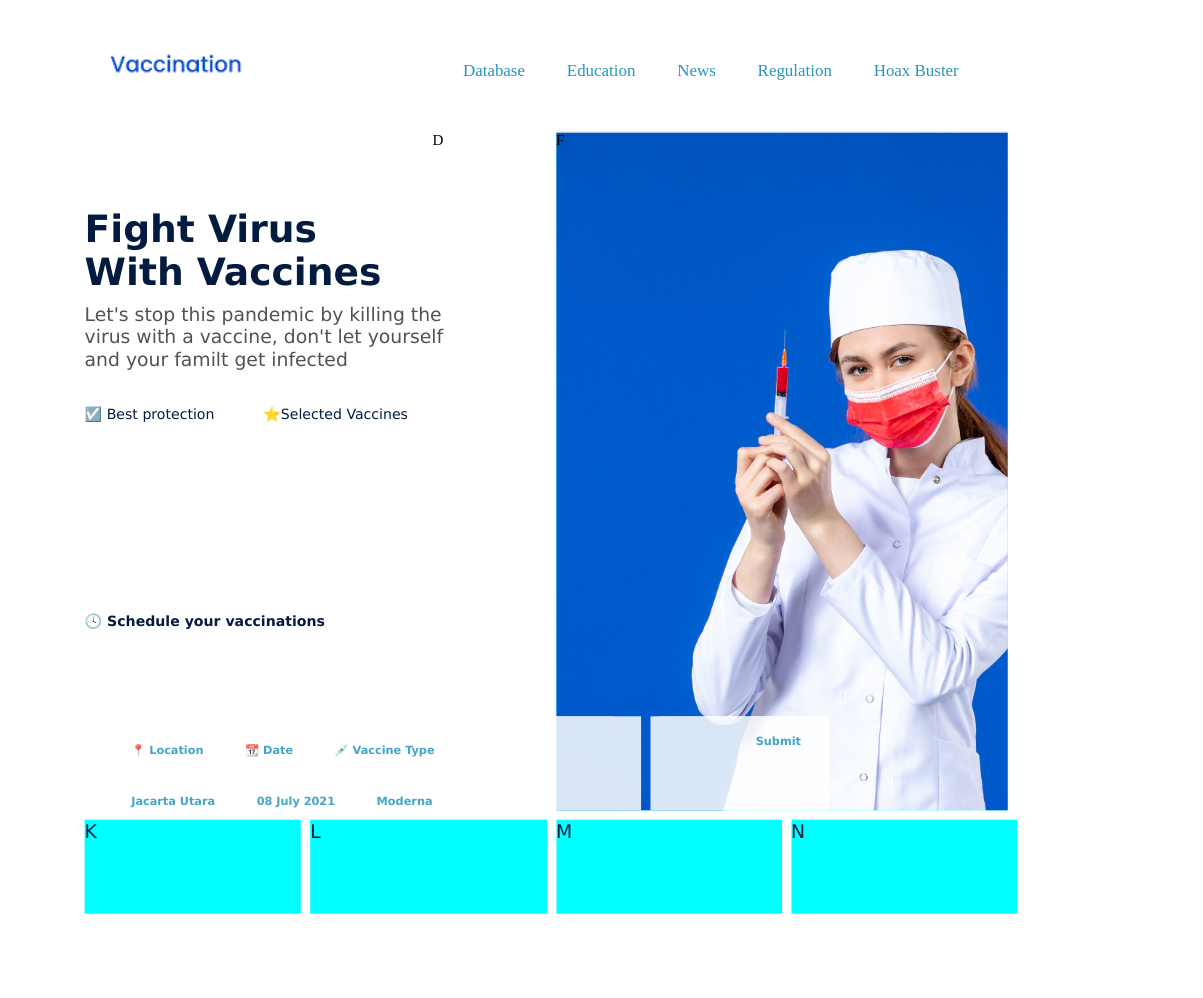
Repository: roge64/cssfrontend
Page: index.html
The author's editor kept a copy of each file at every save. The page is drawn from the files as they stood at one save, then again after the next save.
The browser window is 1280 px wide. The pictures show the part of the page from y = 0 to 1062 px (the page is 2378 px tall), at 94% of full size.
A picture or video elsewhere on the page could not be fetched, so the positions and the page height are approximate.

Above is the page before, as saved 2022-03-10 20:26:30.

### index.html
<!DOCTYPE html>
<html lang="en">

<head>
    <meta charset="UTF-8">
    <meta http-equiv="X-UA-Compatible" content="IE=edge">
    <meta name="viewport" content="width=device-width, initial-scale=1.0">
    <title>3 Cakes</title>
    <link rel="stylesheet" href="estilos/estilos.css">


</head>

<body>

    <section id="container">

        <header>
            <!--             <p style="color:#b49760"> Only 3 cakes for 3 months, and then we change all! </p> -->

        </header>

    <section id="banner">

        <article id="banner1">

        </article>

        <article id="banner2">
            <ul class="menu">
                <li><a href="#home"></a>Database</li>
                <li><a href="#cakes"></a>Education</li>
                <li><a href="#decor"></a>News</li>
                <li><a href="#order"></a>Regulation</li>
                <li><a href="#admin"></a>Hoax Buster</li>
                <!-- <li><a href="#void"></a>   </li> -->
            </ul>
        </article>

    </section>


<!--     <section id="tienda">
        <article id="cake1"> </article>
        <article id="cake2"> </article>
        <div class="wrapper">
            <div class="box e">E</div>
            <div class="box f">F</div>
            <div class="box g">G</div>
            <div class="box h">H</div>
        </div>
    </section> -->

    <div class="wrapper">
        <div class="box d">D</div>
        <div class="box e" style="color:#041b40">Fight Virus With Vaccines</div>
        <div class="box f">F</div>
        <div class="box g" style="color:#515254"> Let's stop this pandemic by killing the virus with a vaccine, don't let yourself and your familt get infected</div>
        <div class="box h" style="color:#041b40">☑️ Best protection</div>
        <div class="box i" style="color:#041b40"> ⭐Selected Vaccines</div>
        <div class="box j" style="color:#041b40"> 🕓 Schedule your vaccinations</div>
        <div class="box k" style="color:#041b40"> K</div>
        <div class="box l" style="color:#041b40"> L</div>
        <div class="box m" style="color:#041b40"> M</div>
        <div class="box n" style="color:#041b40"> N</div>

        <article id="banner3">
            <ul class="menu">
                <li><a href="#home"></a>📍 Location</li>
                <li><a href="#cakes"></a>📆 Date</li>
                <li><a href="#decor"></a>💉 Vaccine Type</li>
                <li><a href="#decor"></a></li>
                <li><a href="#home"></a>Jacarta Utara</li>
                <li><a href="#cakes"></a>08 July 2021</li>
                <li><a href="#decor"></a>Moderna</li>
            </ul>
        </article>
        <article id="banner4">
            <ul class="menu">
                <li><a href="#home"></a>Submit</li>
            </ul>
        </article>
    </div>
<!--
    <section id="names">
        <article id="name1">
            <p style="color:#b49760"> Blueberry Moka</p>
            <p style="color: bisque"> $35.00</p>
        </article>
        <article id="name2">
            <p style="color:#b49760"> Coconut Paradise</p>
            <p style="color: bisque"> $32.75</p>
        </article>
        <article id="name3">
            <p style="color:#b49760"> Maple Pecan</p>
            <p style="color: bisque"> $35.00</p>
        </article>
    </section> -->

    <section id="separador">


    </section>

    <section id="social">
        <article id="social1">
            <a href="#"><img src="img/instagram.png" alt="instagram"></a>
            <a href="#"><img src="img/facebook.png" alt="facebook"></a>
            <a href="#"><img src="img/youtube.png" alt="youtube"></a>
            <a href="#"><img src="img/twitter.png" alt="twitter"></a>
        </article>

        <article id="social2">
            <div id="lte_icons-2" class="widget widget_lte_icons">
                <h3 class="lte-header-widget " style="color:bisque"><span class="widget-icon"></span>Contact us
                </h3>
                <ul class="lte-social-icons-list">
                    <li>
                        <a href="#"><span class="lte-ic icon icon-phone-call"></span><span class="lte-header"
                                style="color:bisque">Phone:</span><span class="lte-txt" style="color:#b49760">+52
                                01-2345-6789<br> </span>
                        </a>
                    </li>
                    <li>
                        <a href="#"><span class="lte-ic icon icon-location"></span><span class="lte-header"
                                style="color:bisque">Our location:</span><span class="lte-txt" style="color:#b49760">975
                                FrontEnd Ave, NA 105048, Unknown</span>
                        </a>
                    </li>
                    <li>
                        <a href="#"><span class="lte-ic icon icon-mail"></span><span class="lte-header"
                                style="color:bisque">Email:</span><span class="lte-txt"
                                style="color:#b49760">3cakes@3cakes.com</span>
                        </a>
                    </li>
                    <li>
                        <a href="#">
                            <span class="lte-ic icon icon-mail"></span>
                            <span class="lte-header" style="color:bisque">Hours:</span>
                            <span class="lte-txt" style="color:#b49760">Monday - Friday: 10:00 - 20:00</span>
                            <br>
                            <span class="lte-txt" style="color:#b49760">Saturday -Sunday: 10:00 - 14:00</span>
                        </a>
                    </li>
                </ul>
            </div>

        </article>
    </section>


    <footer>
        <p style="color:#b49760"> Copyright &copy; 2021-<script>
                document.write(new Date().getFullYear())
            </script> Rogelio Valdés All Rights Reserved</p>
        <article id="footer1"></article>
    </footer>

    </section>

</body>

</html>

### estilos/estilos.css
*{
    border: 0 ;
    margin: 0 ;
    padding: 0;
/*     text-decoration: none; */
}

body{
/*     font-family: Geneva; */
    background-color: rgb(0, 0, 0);
    width:1100px;
    margin-left:auto;
    margin-right:auto;

    background-color:white;
/* background-image:
radial-gradient(circle at 100% 150%, black 24%, #101010 24%, #101010 28%, black 28%, black 36%, #101010 36%, #101010 40%, transparent 40%, transparent),
radial-gradient(circle at 0    150%, black 24%, #101010 24%, #101010 28%, black 28%, black 35%, #101010 36%, #101010 40%, transparent 40%, transparent),
radial-gradient(circle at 50%  100%, #101010 10%, black 10%, black 23%, #101010 23%, #101010 30%, black 30%, black 43%, #101010 43%, #101010 50%, black 50%, black 63%, #101010 63%, #101010 71%, transparent 71%, transparent),
radial-gradient(circle at 100% 50%, #101010 5%, black 5%, black 15%, #101010 15%, #101010 20%, black 20%, black 29%, #101010 29%, #101010 34%, black 34%, black 44%, #101010 44%, #101010 49%, transparent 49%, transparent),
radial-gradient(circle at 0    50%, #101010 5%, black 5%, black 15%, #101010 15%, #101010 20%, black 20%, black 29%, #101010 29%, #101010 34%, black 34%, black 44%, #101010 44%, #101010 48%, transparent 49%, transparent);
background-size: 50px 31px;
 */
}

.menu{
    list-style: none;
    padding: 0;
    background: white;
    width: 90%;
    height: 75px;
    max-width: 900px;
    margin: auto;
}

.menu li{
    text-decoration: none;
    color: #2596be;
    padding: 20px;
    display: block;
}

.menu li{
    display: inline-block;
    text-align: right;
}

.menu li:hover{
    background: #2747c5;
}


#container, header, #banner, #noticias, #marcas, footer, #social1{
    /* background-color:rgb(255, 255, 255); */
    background-color:white;
/* background-image:
radial-gradient(circle at 100% 150%, black 24%, #101010 24%, #101010 28%, black 28%, black 36%, #101010 36%, #101010 40%, transparent 40%, transparent),
radial-gradient(circle at 0    150%, black 24%, #101010 24%, #101010 28%, black 28%, black 35%, #101010 36%, #101010 40%, transparent 40%, transparent),
radial-gradient(circle at 50%  100%, #101010 10%, black 10%, black 23%, #101010 23%, #101010 30%, black 30%, black 43%, #101010 43%, #101010 50%, black 50%, black 63%, #101010 63%, #101010 71%, transparent 71%, transparent),
radial-gradient(circle at 100% 50%, #101010 5%, black 5%, black 15%, #101010 15%, #101010 20%, black 20%, black 29%, #101010 29%, #101010 34%, black 34%, black 44%, #101010 44%, #101010 49%, transparent 49%, transparent),
radial-gradient(circle at 0    50%, #101010 5%, black 5%, black 15%, #101010 15%, #101010 20%, black 20%, black 29%, #101010 29%, #101010 34%, black 34%, black 44%, #101010 44%, #101010 48%, transparent 49%, transparent);
background-size: 50px 31px;
 */
    height: 1500px;
    width: 1100px;

}

header{
/*     background-color:antiquewhite;
 */
    height: 40px;
    text-align: center;
    font-size: x-large;

}

#banner{
    background-color:white;
/*     background-color:rgb(25, 25, 25); */
    width: 1100px;
    height: 100px;


}


#noticias{
/*     background-color: antiquewhite;
 */
    height: 200px;
}

#tienda #names{
/*     background-color: grey; */
/* background-color:black;
background-image:
radial-gradient(circle at 100% 150%, black 24%, #101010 24%, #101010 28%, black 28%, black 36%, #101010 36%, #101010 40%, transparent 40%, transparent),
radial-gradient(circle at 0    150%, black 24%, #101010 24%, #101010 28%, black 28%, black 35%, #101010 36%, #101010 40%, transparent 40%, transparent),
radial-gradient(circle at 50%  100%, #101010 10%, black 10%, black 23%, #101010 23%, #101010 30%, black 30%, black 43%, #101010 43%, #101010 50%, black 50%, black 63%, #101010 63%, #101010 71%, transparent 71%, transparent),
radial-gradient(circle at 100% 50%, #101010 5%, black 5%, black 15%, #101010 15%, #101010 20%, black 20%, black 29%, #101010 29%, #101010 34%, black 34%, black 44%, #101010 44%, #101010 49%, transparent 49%, transparent),
radial-gradient(circle at 0    50%, #101010 5%, black 5%, black 15%, #101010 15%, #101010 20%, black 20%, black 29%, #101010 29%, #101010 34%, black 34%, black 44%, #101010 44%, #101010 48%, transparent 49%, transparent);
background-size: 50px 31px; */

    height: 300px;
    width: 1000px;
    padding-left: 10px;
    padding-right: 10px;
    padding-top: 5px;
    text-align: center;
}

#marcas{
/*     background-color:rgb(58, 41, 18); */
    height: 205px;
}


footer{
    width: 800px;
/*     background-color:rgb(0, 0, 0); */
    text-align: center;
    height: 25px;
    padding-top: 7px;

}


#banner #banner1{
/*     background-color: rgb(180, 134, 73); */
    width: 170px;
    height: 50px;
    float: left;
    text-align: center;
/*     display: inline-block; */
    margin: 5px 5px;
    background-image: url("../img/logo1.png");
    background-repeat: no-repeat;
    background-size: cover;
}

#banner #banner2{
/*     background-color: rgb(180, 134, 73); */
    width: 750px;
    height: 100px;
    float: right;
/*     display: inline-block; */
    /* vertical-align: center;  */
    margin: 5px 5px;
    font-size: 18px;
}

#noticias #news1{
/*     background-color: rgb(41, 38, 34); */
    font-size: 50px;

    text-align: center;
    width: 790px;
    height: 200px;
    display: inline-block;
    vertical-align: center;
    margin: 5px 5px;

}


#tienda #cake1{
    background: rgb(109, 175, 33);
    width: 480px;
    height: 485px;
    display: inline-block;
    vertical-align: top;
    margin: 5px 8px;

}

#tienda #cake2{
    background: cornflowerblue;
    width: 450px;
    height: 585px;
    display: inline-block;
    vertical-align: top;
    margin: 5px 70px;
    background-image: url("../img/picx1.png");
    background-repeat: no-repeat;
    background-size: cover;
}

/* #tienda #cake3{
    background: rgb(175, 169, 112);
    width: 240px;
    height: 285px;
    display: inline-block;
    vertical-align: top;
    margin: 5px 5px;
} */

#names #name1{
    font-size: 25px;
    text-align: center;
    width: 240px;
    height: 60px;
    display: inline-block;
    vertical-align: top;
    margin: 5px 8px;
}

#names #name2{
    font-size: 25px;
    text-align: center;
    width: 240px;
    height: 60px;
    display: inline-block;
    vertical-align: top;
    margin: 5px 8px;
}

#names #name3{
    font-size: 25px;
    text-align: center;
    width: 240px;
    height: 60px;
    display: inline-block;
    vertical-align: top;
    margin: 5px 8px;
}

#social #social1{
    text-decoration: none;
/*     background: rgb(109, 175, 33); */
    width: 375px;
    height: 150px;
    display: inline-block;
    vertical-align: center;
    margin: 10px 12px;
}

#social #social2{
    text-decoration: none;
/*     background: rgb(109, 175, 33); */
    width: 375px;
    height: 150px;
    display: inline-block;
    vertical-align: center;
    margin: 10px 10px;
}

#social #social1 {
    color: rgb(175, 169, 112);


}

#separador {
        width: 800px;
        text-align: center;
        height: 100px;

}

.wrapper {
    display: grid;
    grid-template-columns: repeat(1, 1fr);
    gap: 10px;
    grid-auto-rows: minmax(100px, auto);
  }


  .e {
    grid-column: 1 / 38;
    grid-row: 1 / 2;
    margin-top: 80px;
    background-color:white;
    font-family:Verdana, Geneva, Tahoma, sans-serif;
    font-size: 40px;
    font-weight: 600;
    font-stretch: expanded;
  }
  .f {
    grid-column: 50 / 99;
    grid-row: 1 / 7;
    background-color:aqua;
    background-image: url("../img/picx1.png");
    background-repeat: no-repeat;
    background-size: cover;

  }
  .g {
    grid-column: 1 / 40;
    grid-row: 2 / 3;
    margin-top: 20;
    background-color:white;
    font-family:Verdana, Geneva, Tahoma, sans-serif;
    font-size: 20px;
    font-weight: 500;
    font-stretch: expanded;
  }
  .h {
    grid-column: 1 / 20;
    grid-row: 3 / 3;
    background-color:white;
    font-family:Verdana, Geneva, Tahoma, sans-serif;
    font-size: 15px;
    font-weight: 200;
    font-stretch: expanded;
  }
  .i {
    grid-column: 20 / 40;
    grid-row: 3 / 3;
    background-color:white;
    font-family:Verdana, Geneva, Tahoma, sans-serif;
    font-size: 15px;
    font-weight: 200;
    font-stretch: expanded;
  }
  .j {
    grid-column: 1 / 40;
    grid-row: 5 / 5;
    background-color:white;
    font-family:Verdana, Geneva, Tahoma, sans-serif;
    font-size: 15px;
    font-weight: 600;
    font-stretch: expanded;
  }
  .k {
    grid-column: 1 / 25;
    grid-row: 7 / 8;
    background-color:cyan;
    font-family:Verdana, Geneva, Tahoma, sans-serif;
    font-size: 20px;
    font-weight: 500;
    font-stretch: expanded;

  }

  .l {
    grid-column: 25 / 50;
    grid-row: 7 / 8;
    background-color:cyan;
    font-family:Verdana, Geneva, Tahoma, sans-serif;
    font-size: 20px;
    font-weight: 500;
    font-stretch: expanded;
  }
  .m {
    grid-column: 50 / 75;
    grid-row: 7 / 8;
    background-color:cyan;
    font-family:Verdana, Geneva, Tahoma, sans-serif;
    font-size: 20px;
    font-weight: 500;
    font-stretch: expanded;
  }
  .n {
    grid-column: 75 / 100;
    grid-row: 7 / 8;
    background-color:cyan;
    font-family:Verdana, Geneva, Tahoma, sans-serif;
    font-size: 20px;
    font-weight: 500;
    font-stretch: expanded;
  }
  #banner3 {
    grid-column: 1 / 60;
    grid-row: 6 / 6;
    background-color:white;
    font-family:Verdana, Geneva, Tahoma, sans-serif;
    font-size: 12px;
    font-weight: 600;
    font-stretch: expanded;
    opacity: .85;
  }

  #banner4 {
    grid-column: 60 / 80;
    grid-row: 6 / 6;
    background-color:white;
    font-family:Verdana, Geneva, Tahoma, sans-serif;
    font-size: 12px;
    font-weight: 600;
    font-stretch: expanded;
    text-align: right;
    opacity: .85;
  }

  .#banner4 :hover{
    background: #2747c5;
}

After the next save:
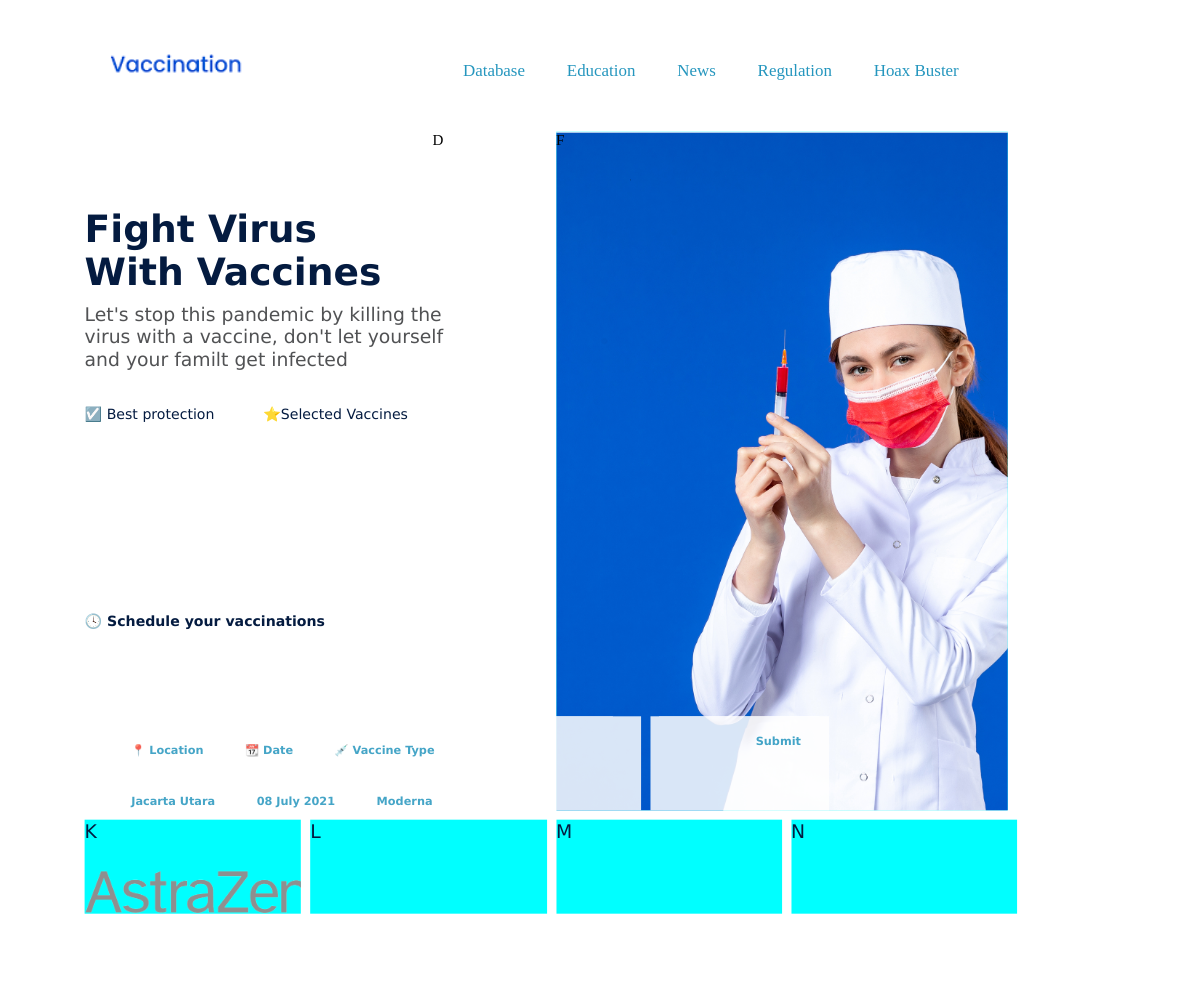
Saved 112 s later.
--- a/estilos/estilos.css
+++ b/estilos/estilos.css
@@ -330,6 +330,9 @@
     font-size: 20px;
     font-weight: 500;
     font-stretch: expanded;
+    background-image: url("../img/Aztra.png");
+    background-repeat: no-repeat;
+    background-size: cover;
 
   }
 
